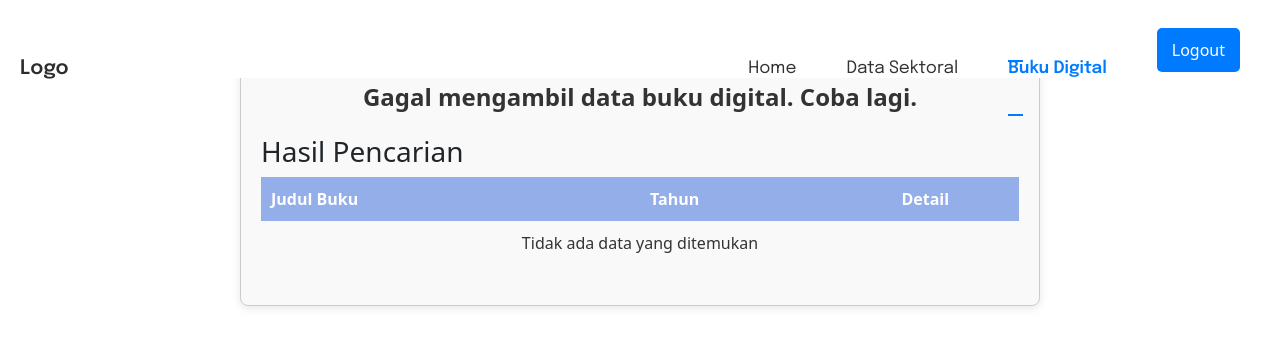
Repository: nida463/Website-PKL
Page: /buku-digital
These files come from the project's save history. The page is drawn as it stood at one moment and after the next save; the edit follows.
The browser window is 1280 px wide. The pictures show the whole page.
The page's requests for data from a server got no answer. The project was rebuilt for these pictures with package versions that can differ from the ones it lists, and the page was loaded fresh each time. No one was signed in, and anything a server would have sent is missing. Also part of the build but not shown: src/Components/auth/Login.js, src/Components/organisms/Navbar.js, src/Components/atoms/Lable.js, src/Components/molecules/header/BrandingSection.js, src/Components/molecules/header/BodyTextH.js, src/Components/atoms/Button.js, src/Components/molecules/header/ButonContact.js, src/Components/atoms/Image.js and 24 more.

Above is the page before, as saved 2024-10-11 13:53:24.

After the next save:
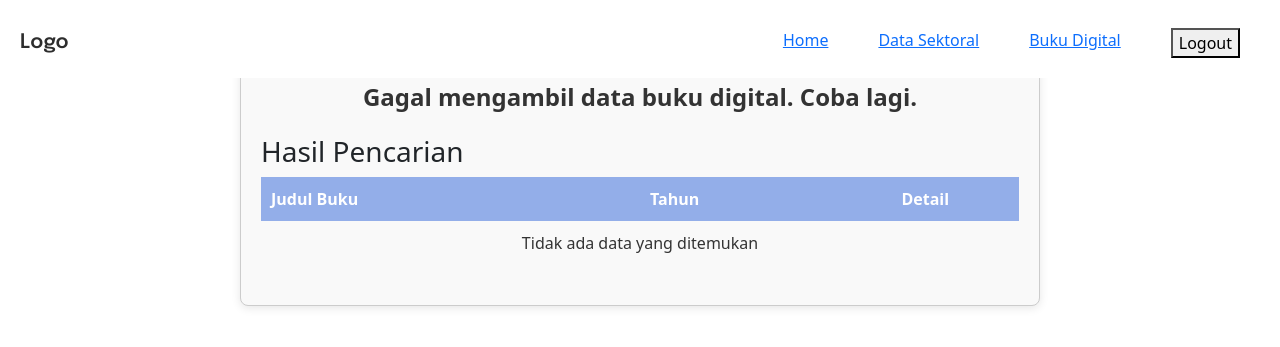
Saved 15 s later.
--- a/src/Components/molecules/navbar/NavbarMenu.js
+++ b/src/Components/molecules/navbar/NavbarMenu.js
@@ -1,6 +1,6 @@
 // src/components/molecules/navbar/NavbarMenu.js
 import React from "react";
-import { Link, NavLink } from "react-router-dom"; // Mengimpor NavLink dari react-router-dom
+import { Link } from "react-router-dom"; // Mengimpor Link dari react-router-dom
 import NavbarItem from "../../atoms/navbar/NavbarItem";
 
 const NavbarMenu = () => {
@@ -10,41 +10,14 @@ const NavbarMenu = () => {
         <NavbarItem label="Logo" /> {/* Jika Anda ingin logo ditampilkan */}
       </div>
       <ul className="navbar-menu">
+        <li><Link to="/"><NavbarItem label="Home" /></Link></li>
+        <li><Link to="/sektoral"><NavbarItem label="Data Sektoral" /></Link></li>
+        <li><Link to="/buku-digital"><NavbarItem label="Buku Digital" /></Link></li>
         <li>
-          <NavLink
-            to="/"
-            activeClassName="active"
-            className="navbar-item"
-          >
-            <NavbarItem label="Home" />
-          </NavLink>
-        </li>
-        <li>
-          <NavLink
-            to="/sektoral"
-            activeClassName="active"
-            className="navbar-item"
-          >
-            <NavbarItem label="Data Sektoral" />
-          </NavLink>
-        </li>
-        <li>
-          <NavLink
-            to="/buku-digital"
-            activeClassName="active"
-            className="navbar-item"
-          >
-            <NavbarItem label="Buku Digital" />
-          </NavLink>
-        </li>
-        <li>
-          <button
-            className="logout-button"
-            onClick={() => {
-              localStorage.removeItem('token'); // Hapus token saat logout
-              window.location.href = '/'; // Arahkan ke halaman login setelah logout
-            }}
-          >
+          <button onClick={() => {
+            localStorage.removeItem('token'); // Hapus token saat logout
+            window.location.href = '/'; // Arahkan ke halaman login setelah logout
+          }}>
             Logout
           </button>
         </li>
